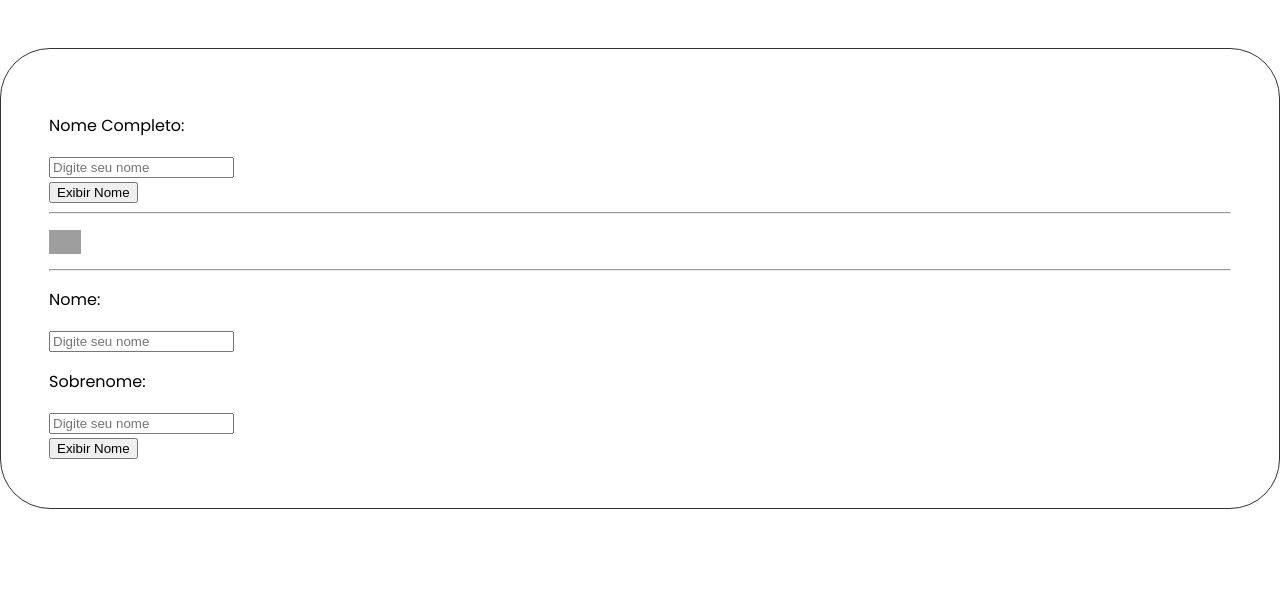
Repository: guilhermecardoso93/exerciciosjs
Page: index.html
An editor plug-in stored every save of this project. The page is shown before and after the next save, followed by the edit.
The browser window is 1280 px wide. The pictures show the whole page.
Pictures or frames that could not be fetched are drawn as grey boxes.

Above is the page before, as saved 2023-05-20 11:54:35.

After the next save:
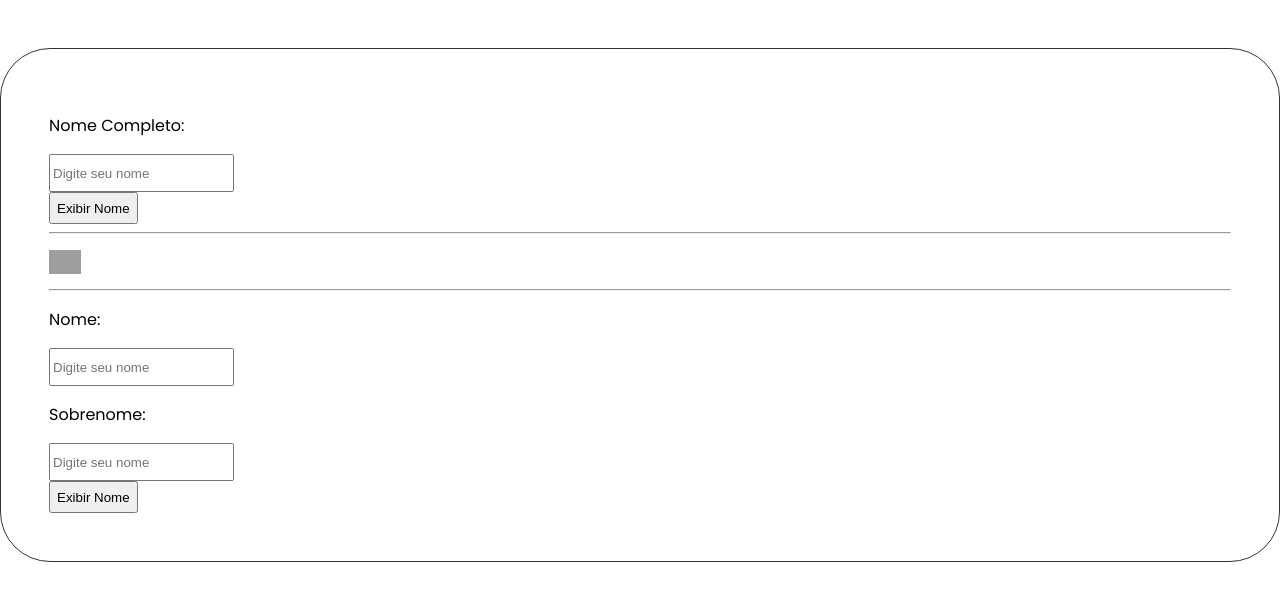
Saved 15 s later.
--- a/styles.css
+++ b/styles.css
@@ -19,6 +19,6 @@ body {
   justify-content: center;
 }
 
-.fullNameDiv .NameDiv input {
+.fullNameDiv > input, .NameDiv > input {
   height: 2rem;
 }
